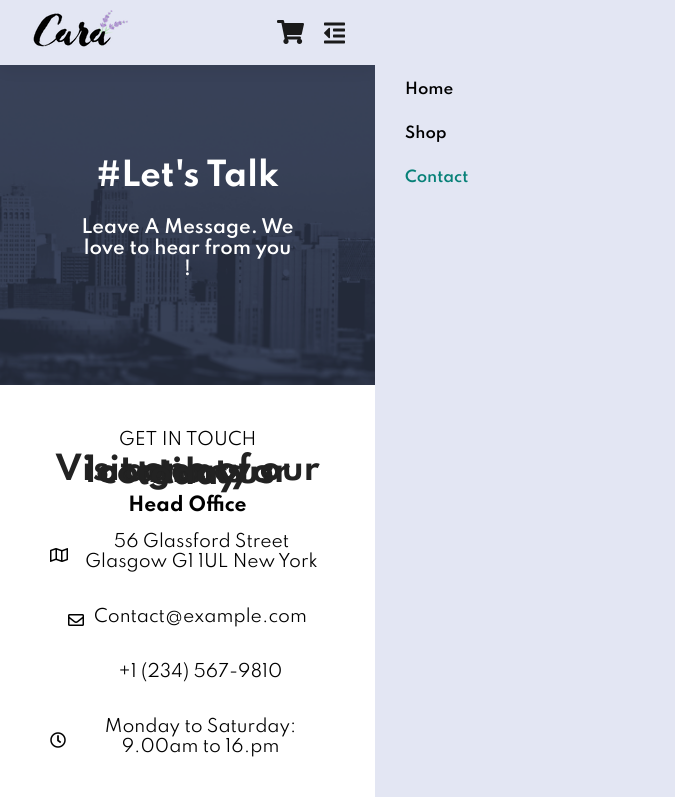
Repository: Daryllgio/E-Commerce-Website-UI
Page: contact.html
These files come from the project's save history. The page is drawn as it stood at one moment and after the next save; the edit follows.
The browser window is 375 px wide. The page is 688 px wide, so the pictures cover 688 px, including what lies to the right of the window. The pictures show the part of the page from y = 0 to 797 px (the page is 2837 px tall before and 2857 px after).
Pictures or frames that could not be fetched are drawn as grey boxes. Some web libraries are served in a nearby version.

Above is the page before, as saved 2025-01-09 10:25:41.

After the next save:
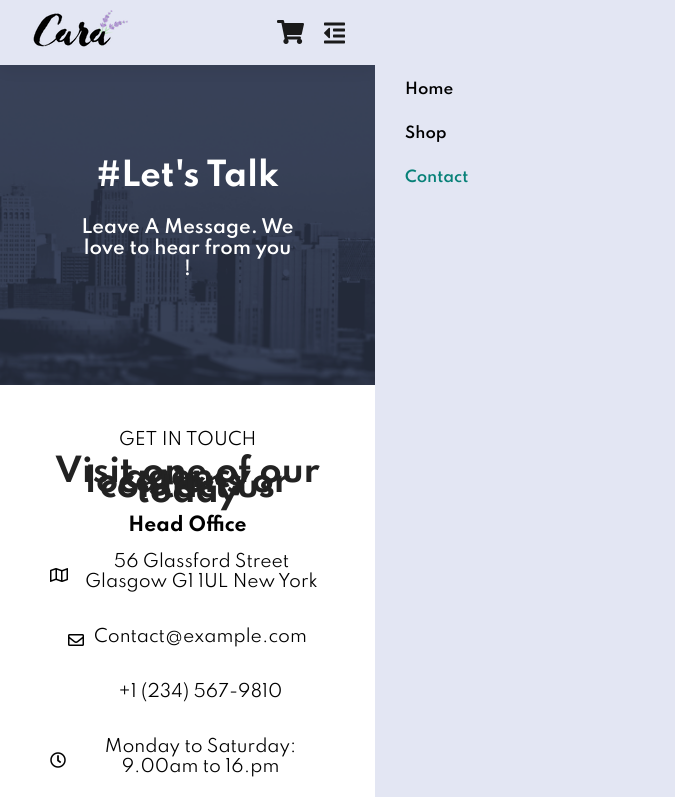
Saved 7 s later.
--- a/style.css
+++ b/style.css
@@ -1234,7 +1234,7 @@ body {
 
   #ContactDetailContainer h2 {
     margin-bottom: 20px;
-    line-height: 1px;
+    line-height: 5px;
   }
 
   #ContactDetailContainer p {
